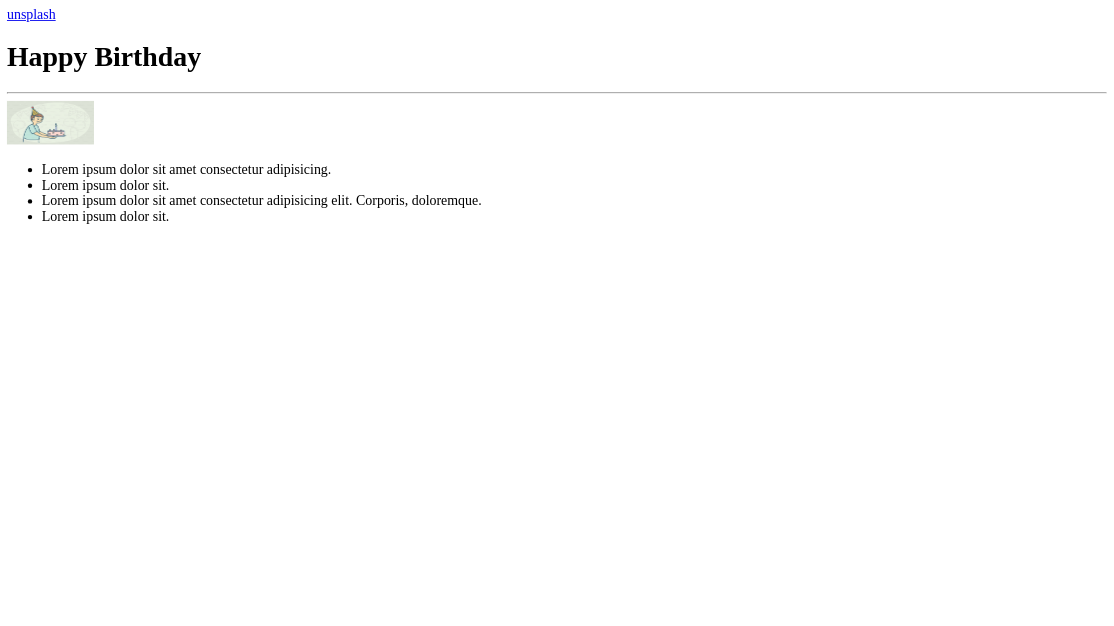
Repository: nguyendonghieu1011-png/project2
Page: index.html
An editor plug-in stored every save of this project. The page is shown before and after the next save, followed by the edit.
The browser window is 1280 px wide. The pictures show the whole page, at 87% of full size.

Above is the page before, as saved 2025-11-05 21:12:20.

### index.html
<!DOCTYPE html>
<html lang="en">
  <head>
    <meta charset="UTF-8" />
    <meta name="viewport" content="width=device-width, initial-scale=1.0" />
    <title>CODE GOOD</title>
  </head>
  <body>
    <a href="https://unsplash.com/" target="_blank">unsplash</a>

    <h1>Happy Birthday</h1>
    <hr />
    <img src="img/happtybirthday.jpg" alt="cake" width="100" height="50" />
  </body>

  <ul>
    <li>Lorem ipsum dolor sit amet consectetur adipisicing.</li>
    <li>Lorem ipsum dolor sit.</li>
    <li>
      Lorem ipsum dolor sit amet consectetur adipisicing elit. Corporis,
      doloremque.
    </li>
    <li>Lorem ipsum dolor sit.</li>
  </ul>
</html>

After the next save:
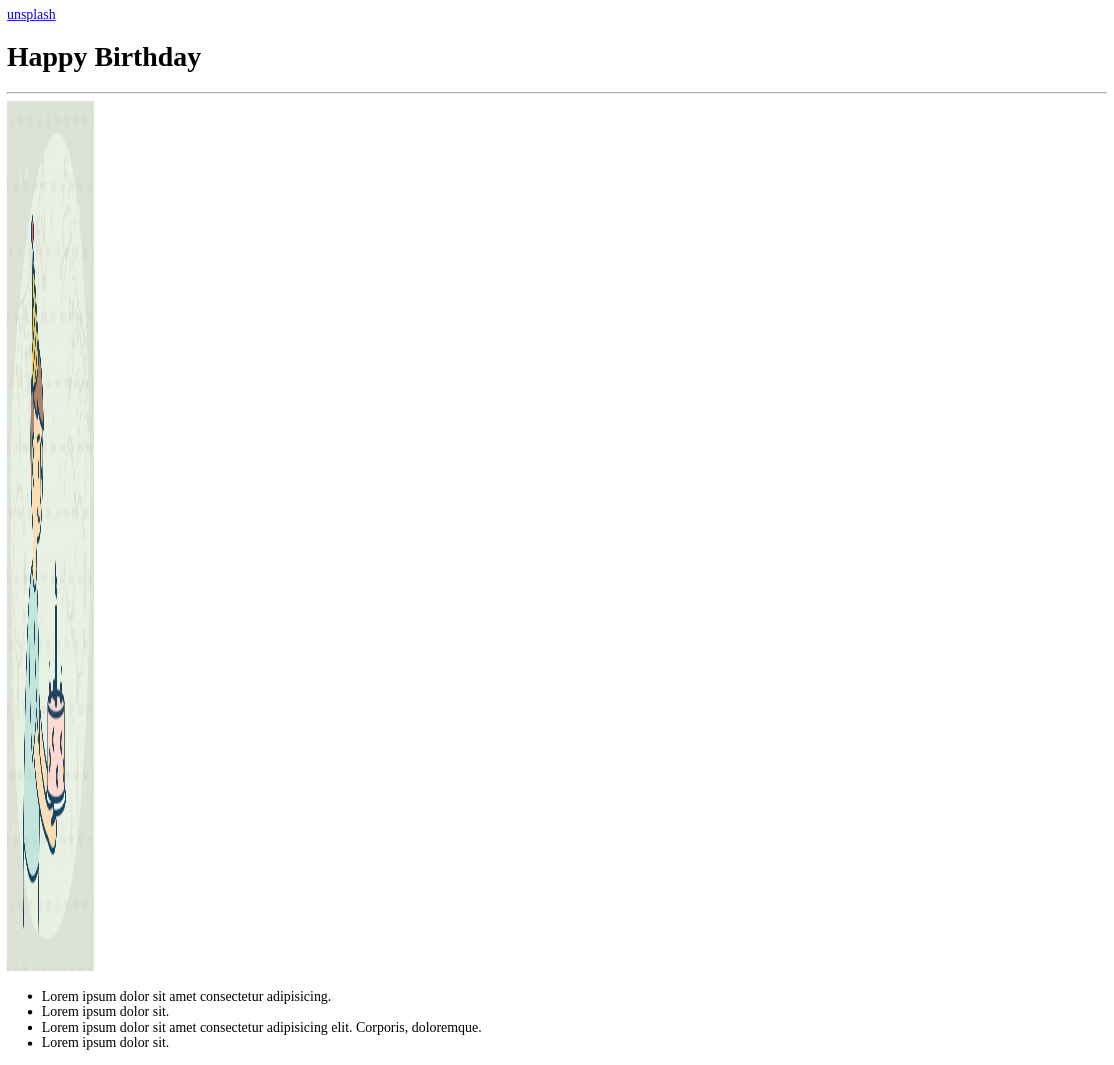
Saved 8 s later.
--- a/index.html
+++ b/index.html
@@ -10,7 +10,7 @@
 
     <h1>Happy Birthday</h1>
     <hr />
-    <img src="img/happtybirthday.jpg" alt="cake" width="100" height="50" />
+    <img src="img/happtybirthday.jpg" alt="cake" width="100" height="1000" />
   </body>
 
   <ul>
